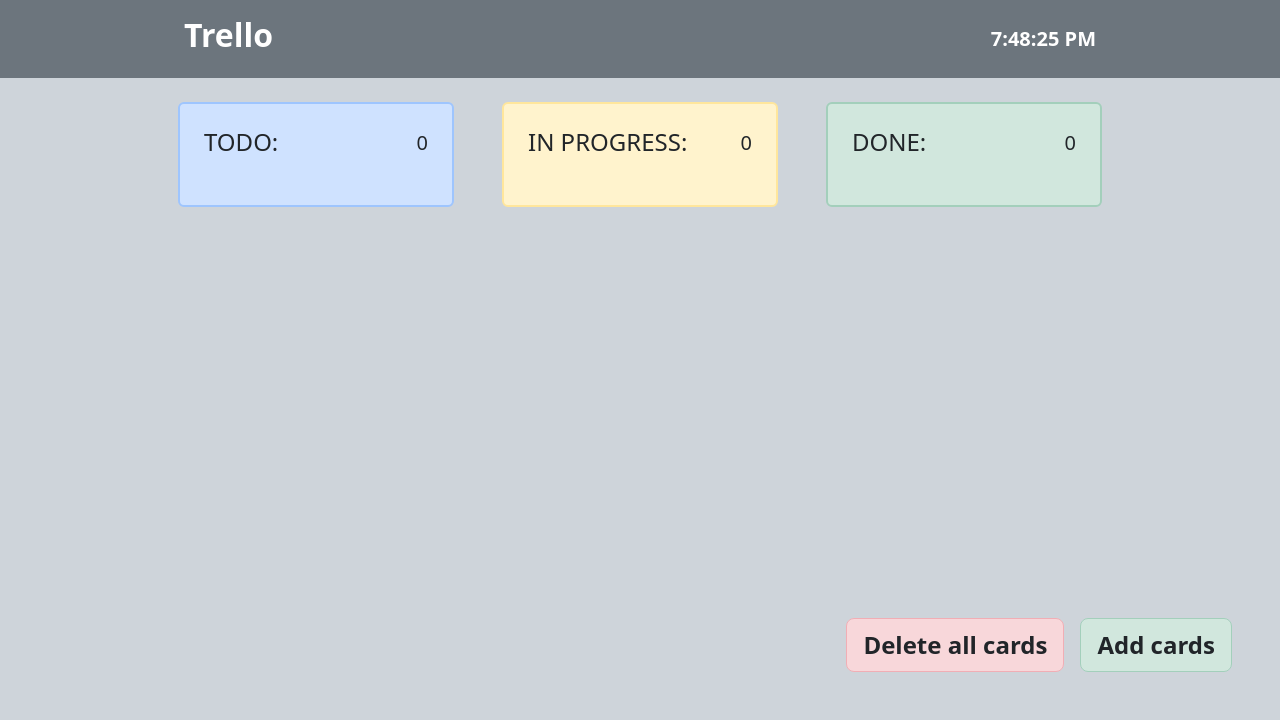
Repository: Valeria154/trello-app-clone
Page: / (app in trello-app-project/)
The author's editor kept a copy of each file at every save. The page is drawn from the files as they stood at one save, then again after the next save.
The browser window is 1280 px wide. The pictures show the whole page.
The project was rebuilt for these pictures with package versions that can differ from the ones it lists, and the page was loaded fresh each time. Also part of the build but not shown: trello-app-project/vite.config.js.

Above is the page before, as saved 2025-03-15 20:11:10.

After the next save:
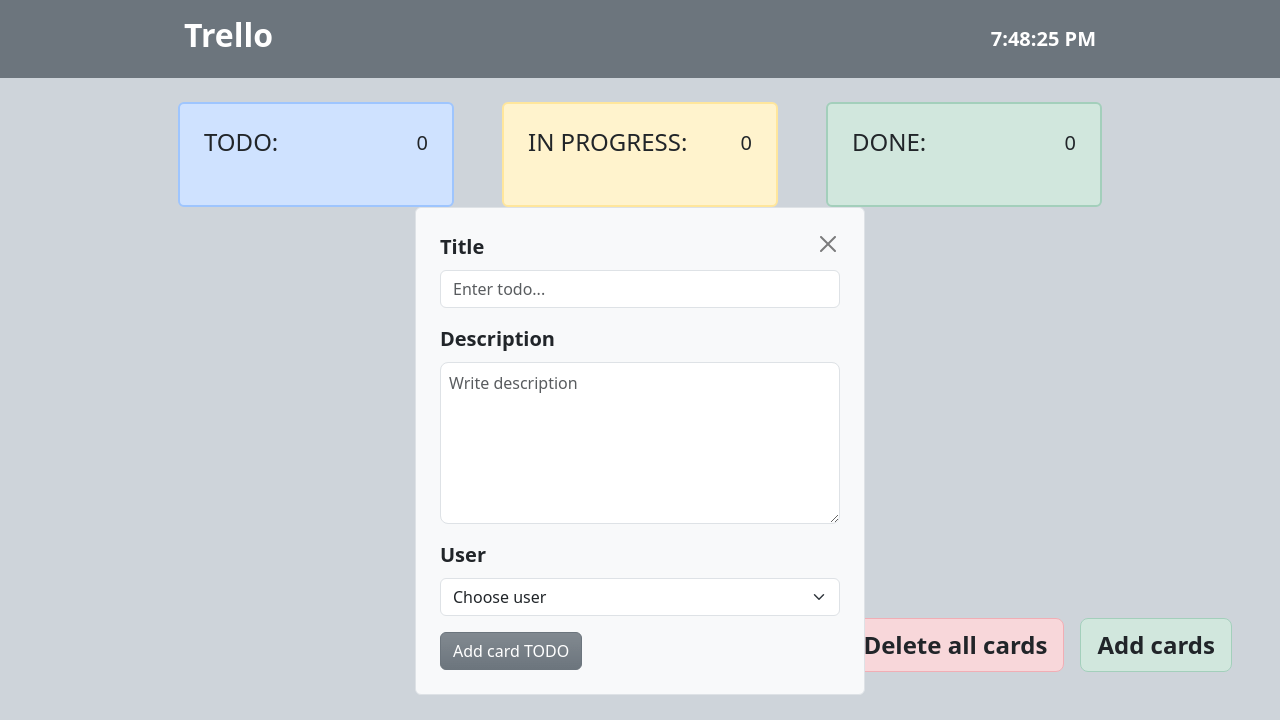
Saved 14 s later.
--- a/trello-app-project/src/index.html
+++ b/trello-app-project/src/index.html
@@ -53,7 +53,7 @@
 			</div>
 			<!-- Modal form -->
 			<div id="modalFormContainer" class="d-flex justify-content-center align-items-center">
-				<!-- <form class="p-4 border rounded bg-light text-start fw-semibold w-50 position-relative">
+				<form class="p-4 border rounded bg-light text-start fw-semibold w-50 position-relative">
 					<div class="mb-3">
 						<label for="titile" class="form-label fs-5">Title</label>
 						<input type="text" class="form-control" id="title" placeholder="Enter todo...">
@@ -78,7 +78,7 @@
 						TODO</button>
 					<button type="button" class="btn-close position-absolute top-0 end-0 me-4 mt-4"
 						aria-label="close"></button>
-				</form> -->
+				</form>
 			</div>
 		</div>
 	</main>

After the 2 saves that followed:
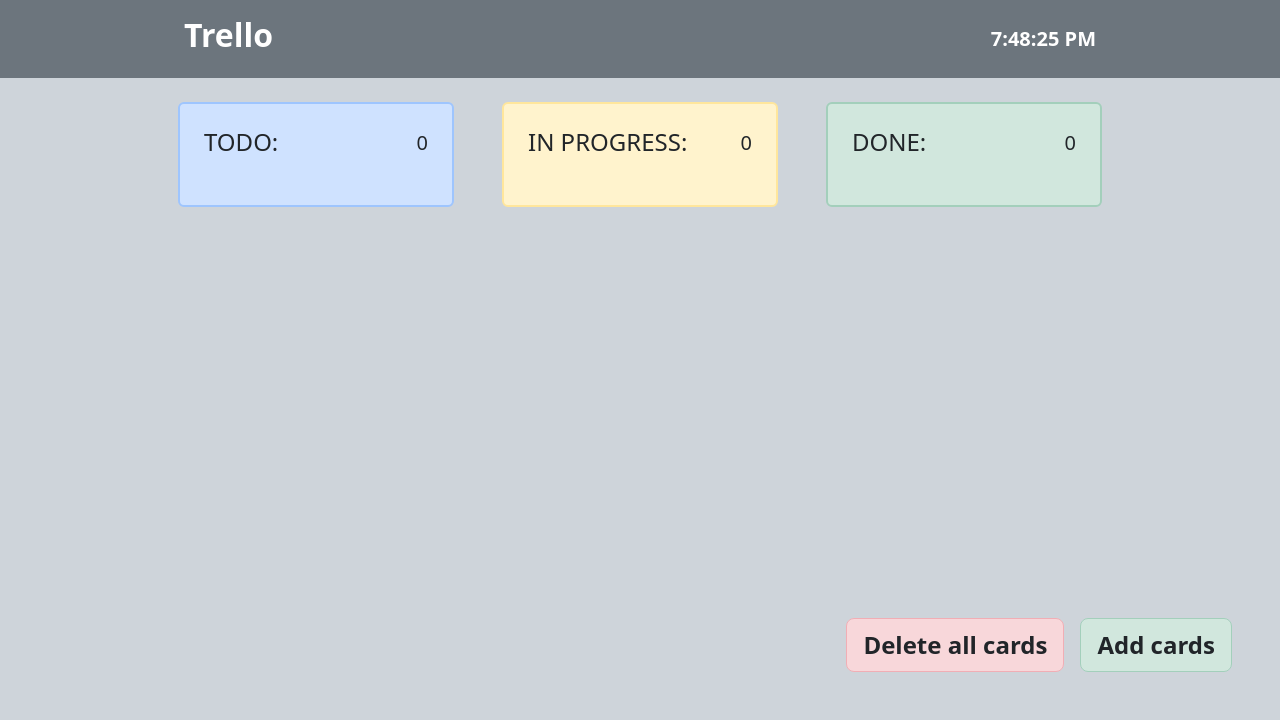
The 2 saves are shown as one change because 1 left the picture as it was.
The last was saved 26 s later.
--- a/trello-app-project/src/index.html
+++ b/trello-app-project/src/index.html
@@ -53,7 +53,7 @@
 			</div>
 			<!-- Modal form -->
 			<div id="modalFormContainer" class="d-flex justify-content-center align-items-center">
-				<form class="p-4 border rounded bg-light text-start fw-semibold w-50 position-relative">
+				<!-- <form class="p-4 border rounded bg-light text-start fw-semibold w-50 position-relative">
 					<div class="mb-3">
 						<label for="titile" class="form-label fs-5">Title</label>
 						<input type="text" class="form-control" id="title" placeholder="Enter todo...">
@@ -79,8 +79,8 @@
 					<button type="button" class="btn-close position-absolute top-0 end-0 me-4 mt-4"
 						aria-label="close"></button>
 				</form>
+			</div> -->
 			</div>
-		</div>
 	</main>
 
 </body>
--- a/trello-app-project/src/main.js
+++ b/trello-app-project/src/main.js
@@ -21,7 +21,32 @@
 
 function buildModalForm() {
 	return `
-
+	<form class="p-4 border rounded bg-light text-start fw-semibold w-50 position-relative">
+					<div class="mb-3">
+						<label for="titile" class="form-label fs-5">Title</label>
+						<input type="text" class="form-control" id="title" placeholder="Enter todo...">
+					</div>
+					<div class="mb-3">
+						<label for="description" class="form-label fs-5">Description</label>
+						<textarea class="form-control p-2 rounded-3" id="description" rows="6"
+							placeholder="Write description"></textarea>
+					</div>
+					<div class="mb-3">
+						<label for="user" class="form-label fs-5">User </label>
+						<select id="user" class="form-select">
+							<option selected value="">Choose user</option>
+							<option value="Amelia">Amelia</option>
+							<option value="Mary">Mary</option>
+							<option value="Thomas">Thomas</option>
+							<option value="Harry">Harry</option>
+							<option value="Susan">Susan</option>
+						</select>
+					</div>
+					<button type="submit" class="btn btn-primary bg-secondary bg-gradient border-secondary">Add card
+						TODO</button>
+					<button type="button" class="btn-close position-absolute top-0 end-0 me-4 mt-4"
+						aria-label="close"></button>
+				</form>
 	`
 
 }
